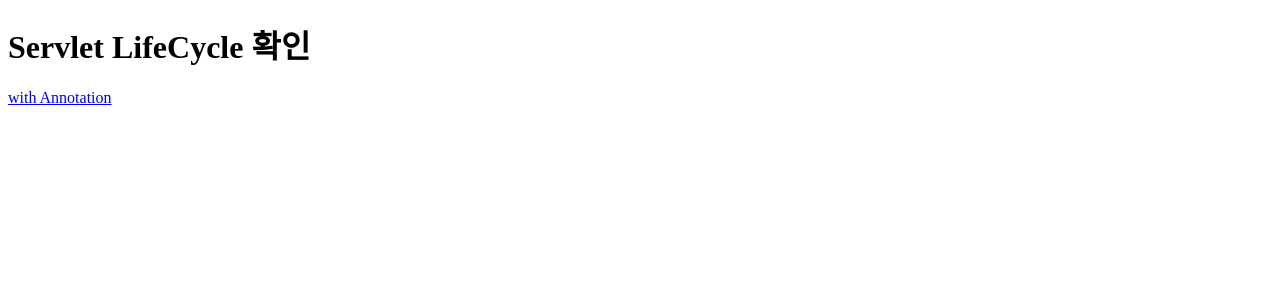
Repository: yeeeeeeer/05_servlet
Page: http://localhost/chap01-life-cycle/
An editor plug-in stored every save of this project. The page is shown before and after the next save, followed by the edit.
The browser window is 1280 px wide. The pictures show the whole page.
The page is served by Tomcat 10.

Above is the page before, as saved 2024-06-05 01:39:32.

After the next save:
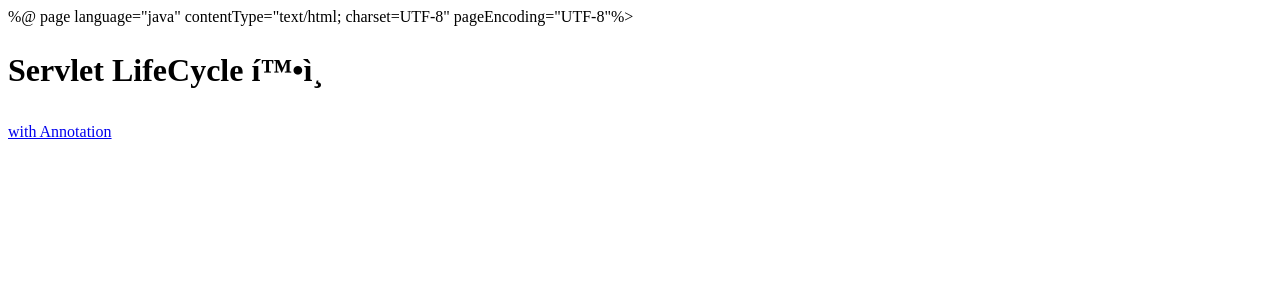
Saved 20 min 40 s later.
--- a/chap01-life-cycle/src/main/webapp/index.jsp
+++ b/chap01-life-cycle/src/main/webapp/index.jsp
@@ -1,4 +1,4 @@
-<%@ page language="java" contentType="text/html; charset=UTF-8"
+%@ page language="java" contentType="text/html; charset=UTF-8"
 	pageEncoding="UTF-8"%>
 <!DOCTYPE html>
 <html>
